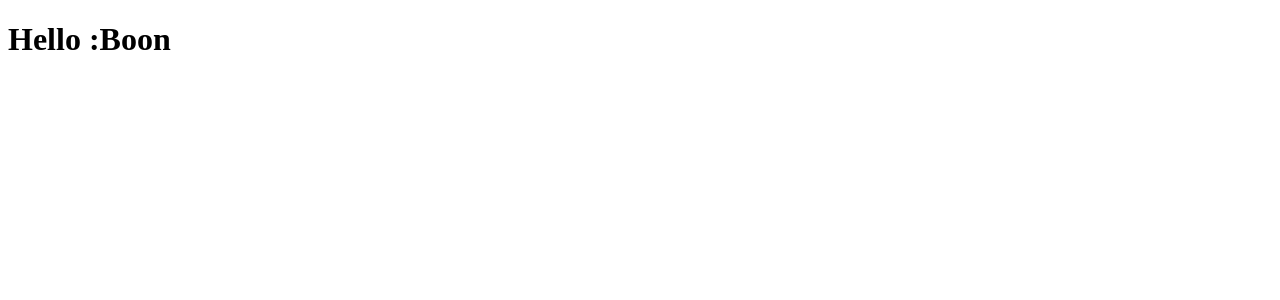
Repository: supakorn5039-boon/React-s
Page: /
These files come from the project's save history. The page is drawn as it stood at one moment and after a run of saves; the edit follows.
The browser window is 1280 px wide. The pictures show the whole page.
The project was rebuilt for these pictures with package versions that can differ from the ones it lists, and the page was loaded fresh each time. Also part of the build but not shown: vite.config.js.

Above is the page before, as saved 2024-01-08 23:17:22.

After the next 8 saves:
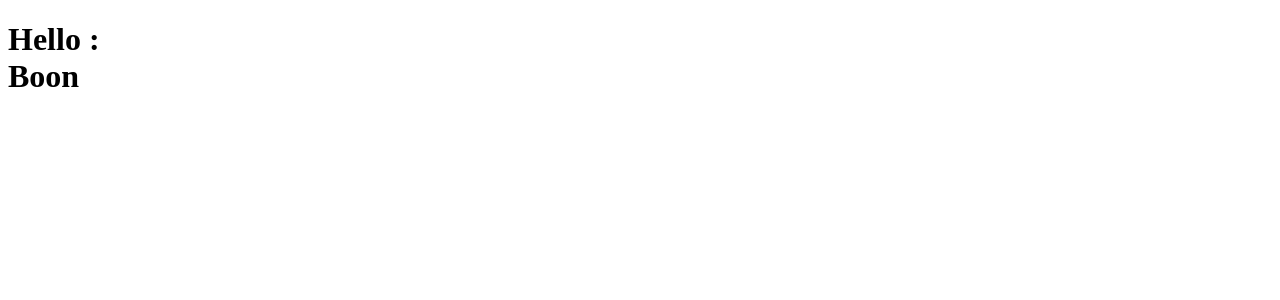
The 8 saves are shown as one change because 1 did not build or start and some came seconds apart.
The last was saved 27 s later.
--- a/src/App.jsx
+++ b/src/App.jsx
@@ -3,7 +3,9 @@ export default function App() {
   console.log(name);
   return (
     <h1>
-      Hello :{name} <br />
+      Hello :
+      <br />
+      {name}
     </h1>
   );
 }
